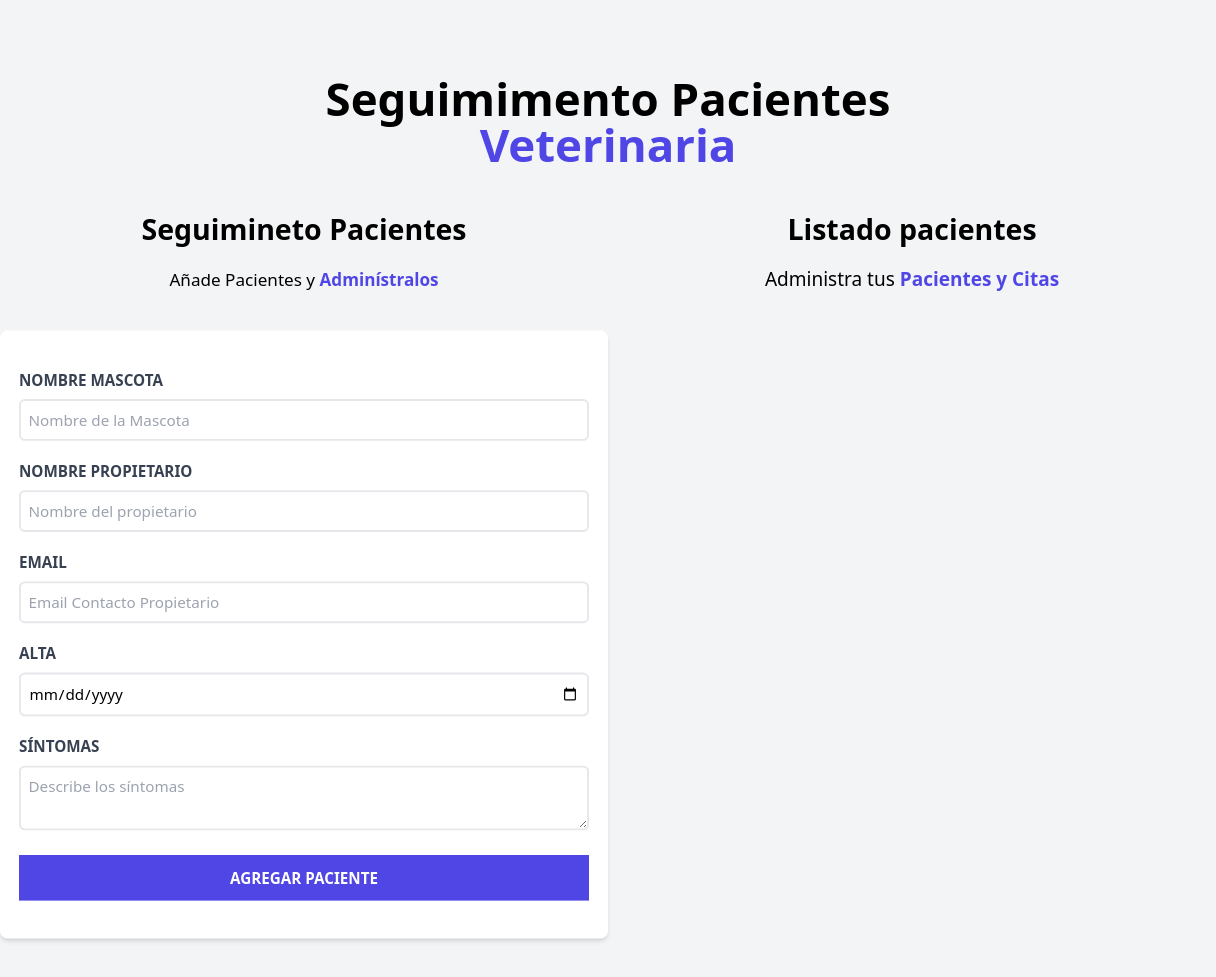
Repository: rlaureano/citas_react
Page: /
These files come from the project's save history. The page is drawn as it stood at one moment and after the next save; the edit follows.
The browser window is 1280 px wide. The pictures show the whole page, at 95% of full size.
The project was rebuilt for these pictures with package versions that can differ from the ones it lists, and the page was loaded fresh each time. Also part of the build but not shown: vite.config.js.

Above is the page before, as saved 2022-01-11 23:26:18.

After the next save:
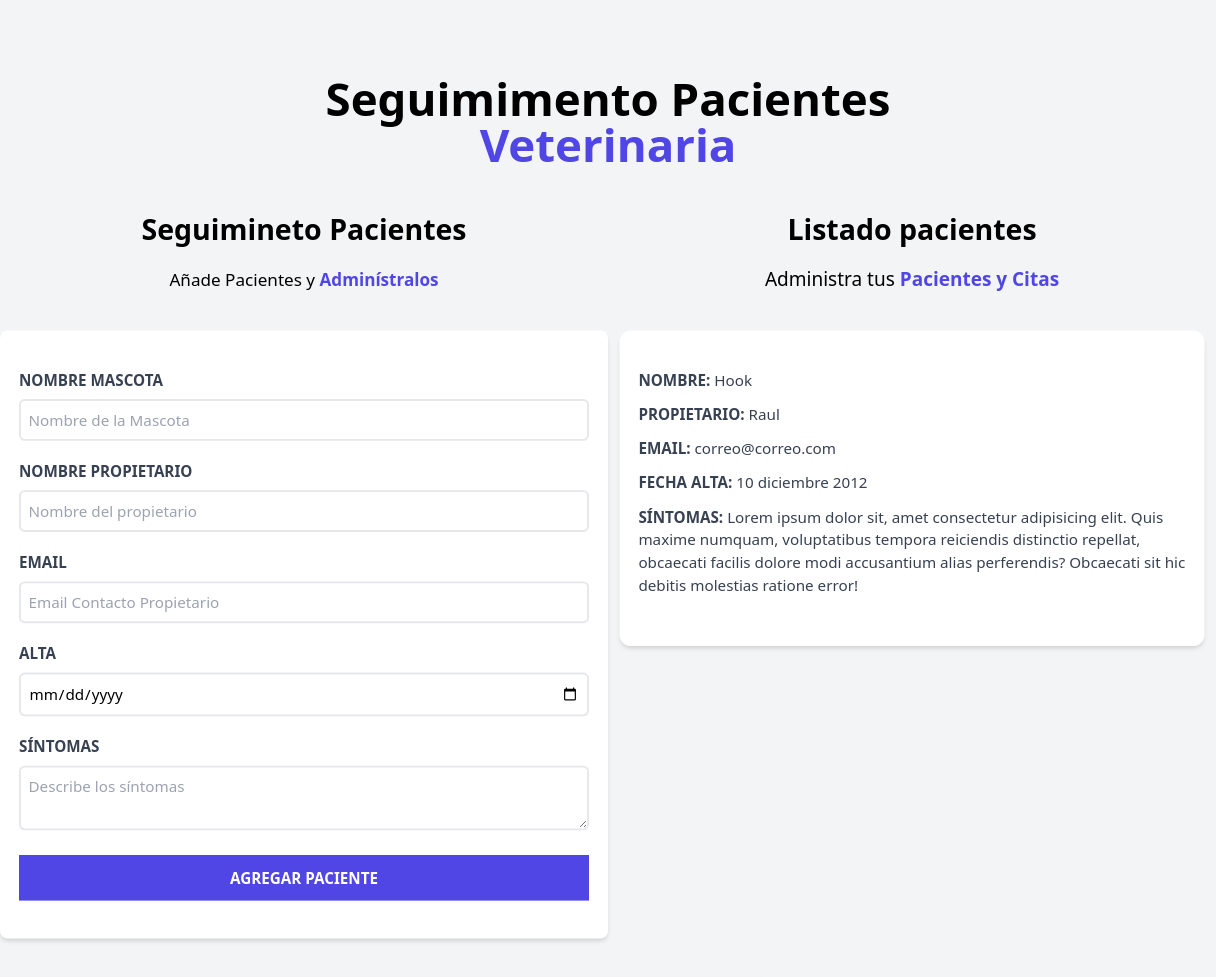
Saved 27 s later.
--- a/src/components/ListadoPacientes.jsx
+++ b/src/components/ListadoPacientes.jsx
@@ -1,4 +1,6 @@
 import React from 'react'
+import Paciente from './Paciente'
+
 
 const ListadoPacientes = () => {
   return (
@@ -8,7 +10,7 @@ const ListadoPacientes = () => {
         Administra tus {''}
         <span className="text-indigo-600 font-bold">Pacientes y Citas</span>
       </p>
-
+      <Paciente />
     </div>
   )
 }
